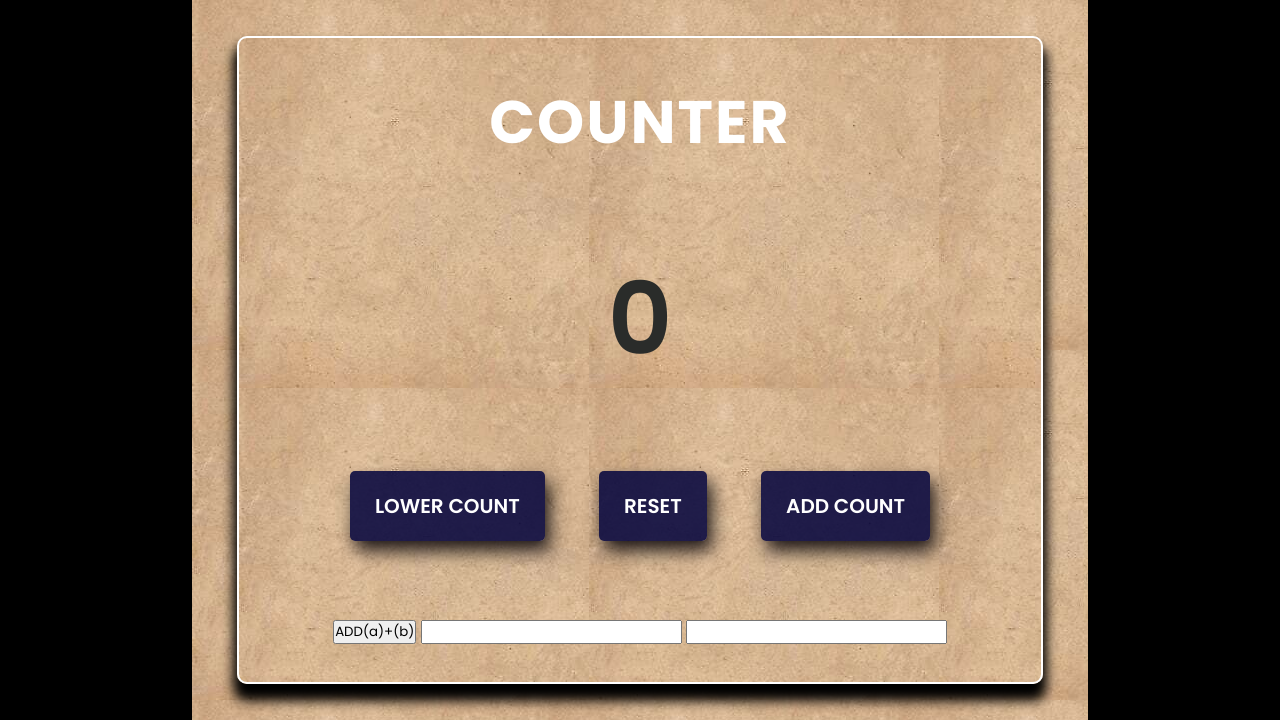
Repository: ArusyakAghajanyan/Counter
Page: index.html
An editor plug-in stored every save of this project. The page is shown before and after the next save, followed by the edit.
The browser window is 1280 px wide. The pictures show the whole page.

Above is the page before, as saved 2022-02-15 00:53:06.

After the next save:
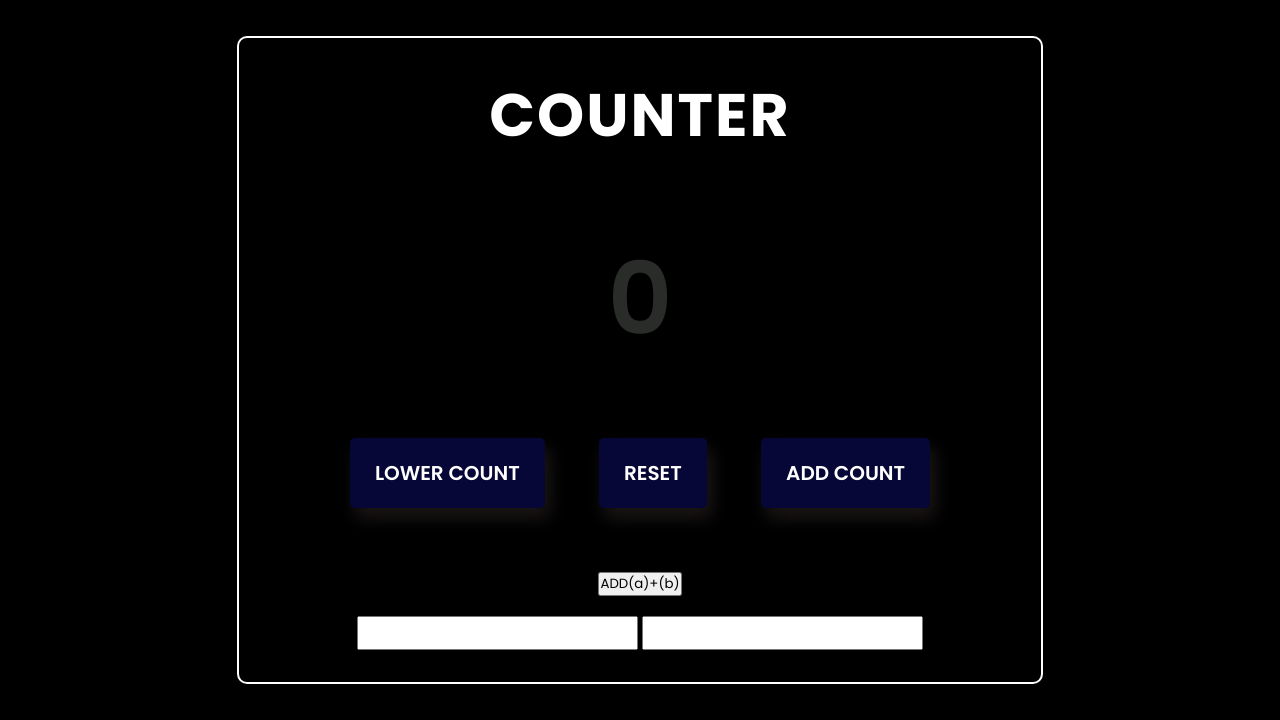
Not found: Caesar-Materica-Ocra-Grip-225x453-cm-AFU6-Casa39.jpg
Saved 41 s later.
--- a/style.css
+++ b/style.css
@@ -17,7 +17,7 @@
 }
 
 .parent {
-    background-image: url(./image/Caesar-Materica-Ocra-Grip-225x453-cm-AFU6-Casa39.jpg);
+    background-image: url("./Caesar-Materica-Ocra-Grip-225x453-cm-AFU6-Casa39.jpg");
     position: relative;
     width: 70%;
     height: 100%;
@@ -27,7 +27,7 @@
 }
 
 .main {
-    background-image: url(./image/Caesar-Materica-Ocra-Grip-225x453-cm-AFU6-Casa39.jpg);
+    background-image: url("./Caesar-Materica-Ocra-Grip-225x453-cm-AFU6-Casa39.jpg");
     position: relative;
     width: 90%;
     height: 90%;
@@ -82,3 +82,16 @@
 .options button.rightButton {
     margin-left: 50px;
 }
+
+.addABParent {
+    text-align: -webkit-center;
+}
+
+.addAB {
+    display: flex;
+    margin-bottom: 20px;
+}
+
+input {
+    padding: 5px 10px;
+}

After the 6 saves that followed:
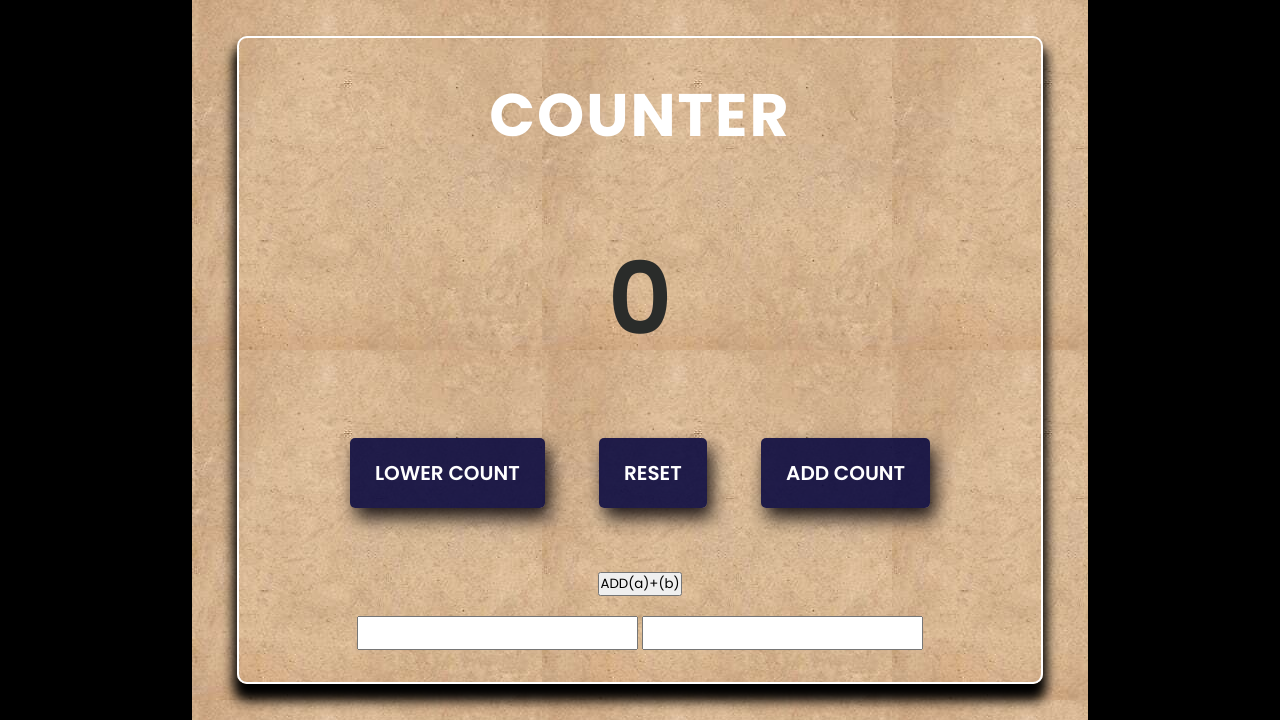
The 6 saves are shown as one change because they came seconds apart.
The last was saved 16 s later.
--- a/style.css
+++ b/style.css
@@ -27,7 +27,7 @@
 }
 
 .main {
-    background-image: url("./Caesar-Materica-Ocra-Grip-225x453-cm-AFU6-Casa39.jpg");
+    background-image: url(./image/Caesar-Materica-Ocra-Grip-225x453-cm-AFU6-Casa39.jpg)
     position: relative;
     width: 90%;
     height: 90%;
